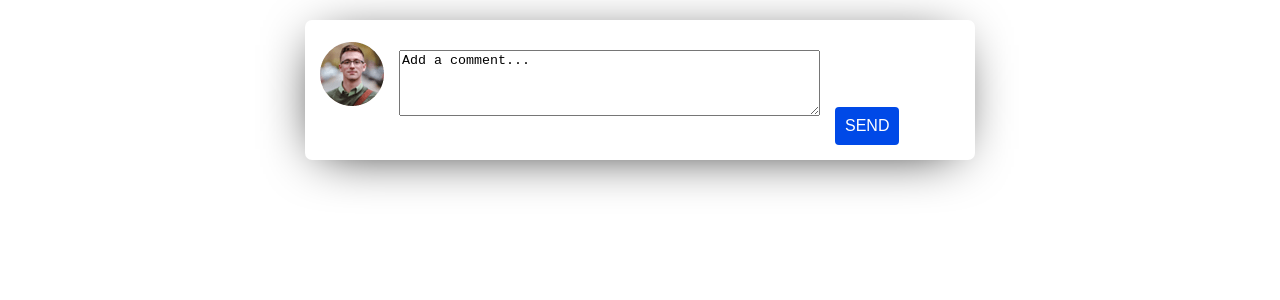
Repository: badhon252/interactive-comments-section
Page: /
The author's editor kept a copy of each file at every save. The page is drawn from the files as they stood at one save, then again after the next save.
The browser window is 1280 px wide. The pictures show the whole page.
The project was rebuilt for these pictures with package versions that can differ from the ones it lists, and the page was loaded fresh each time.

Above is the page before, as saved 2022-01-27 21:15:20.

After the next save:
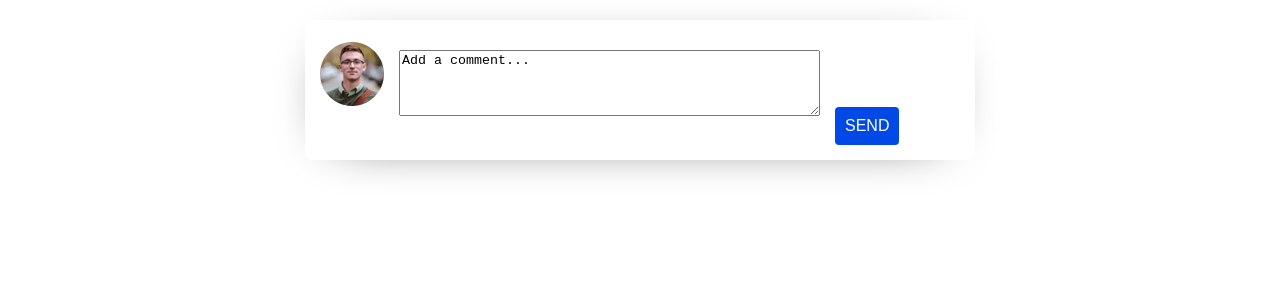
Saved 58 s later.
--- a/src/App.css
+++ b/src/App.css
@@ -27,7 +27,7 @@ textarea {
 }
 
 .shadow {
-  box-shadow: -3px 7px 54px -18px rgba(0, 0, 0, 1);
-  -webkit-box-shadow: -3px 7px 54px -18px rgba(0, 0, 0, 1);
-  -moz-box-shadow: -3px 7px 54px -18px rgba(0, 0, 0, 1);
+  box-shadow: -3px 7px 54px -35px rgba(0, 0, 0, 1);
+  -webkit-box-shadow: -3px 7px 54px -35px rgba(0, 0, 0, 1);
+  -moz-box-shadow: -3px 7px 54px -35px rgba(0, 0, 0, 1);
 }
